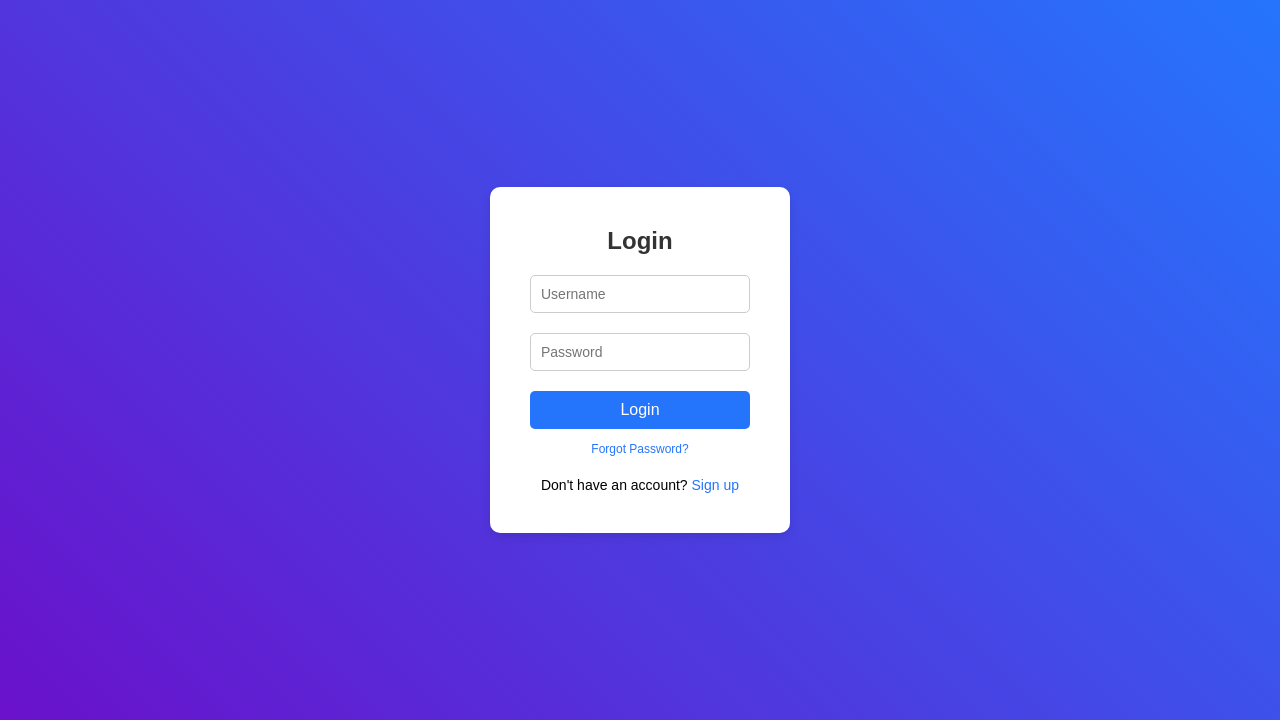
Repository: 2025silverx/slivedrX
Page: login.html
An editor plug-in stored every save of this project. The page is shown before and after the next save, followed by the edit.
The browser window is 1280 px wide. The pictures show the whole page.

Above is the page before, as saved 2025-01-05 02:36:52.

After the next save:
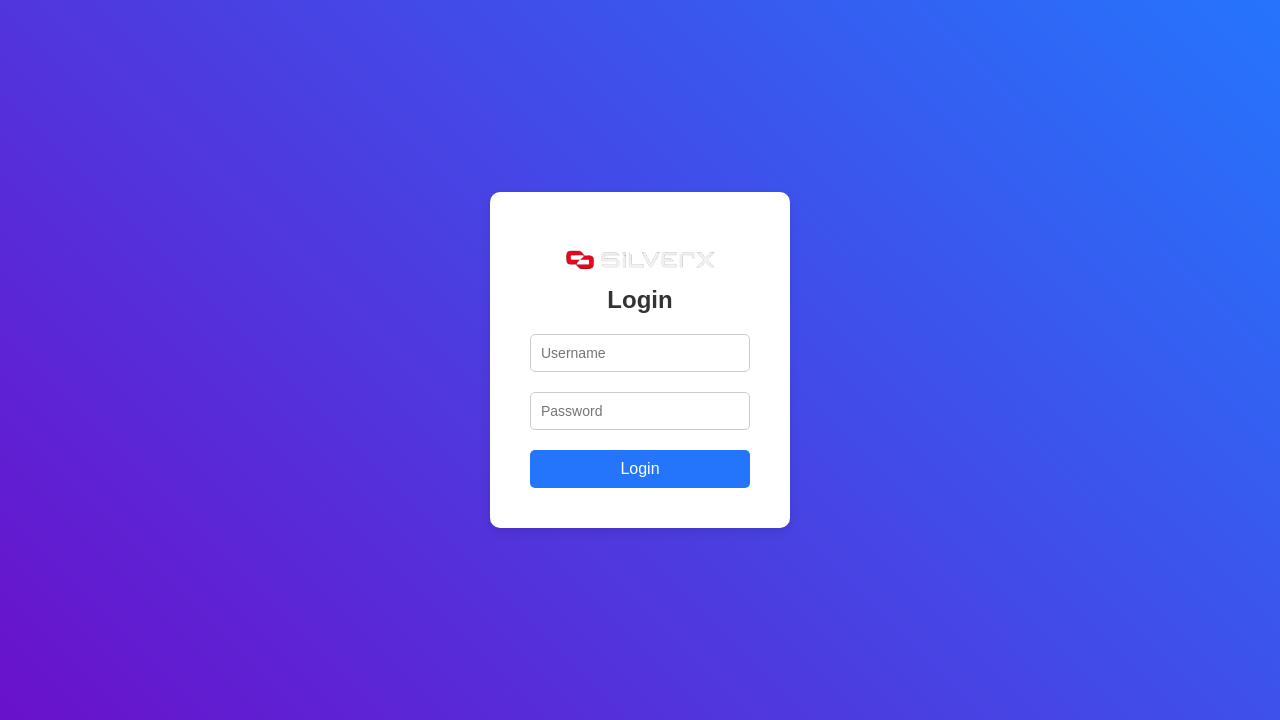
Saved 2 min 1 s later.
--- a/login.html
+++ b/login.html
@@ -9,6 +9,10 @@
 <body>
     <div class="login-container">
         <div class="login-box">
+            <!-- Company logo added here from the 'images' folder -->
+            <div class="logo">
+                <img src="images/logo.png" alt="Company Logo" width="150"> <!-- Path to the logo image -->
+            </div>
             <h2>Login</h2>
             <form id="loginForm" onsubmit="return validateForm()">
                 <div class="textbox">
@@ -18,12 +22,6 @@
                     <input type="password" id="password" placeholder="Password" required>
                 </div>
                 <button type="submit" class="btn">Login</button>
-                <div class="forgot-password">
-                    <a href="#">Forgot Password?</a>
-                </div>
-                <div class="signup">
-                    <p>Don't have an account? <a href="#">Sign up</a></p>
-                </div>
             </form>
         </div>
     </div>
